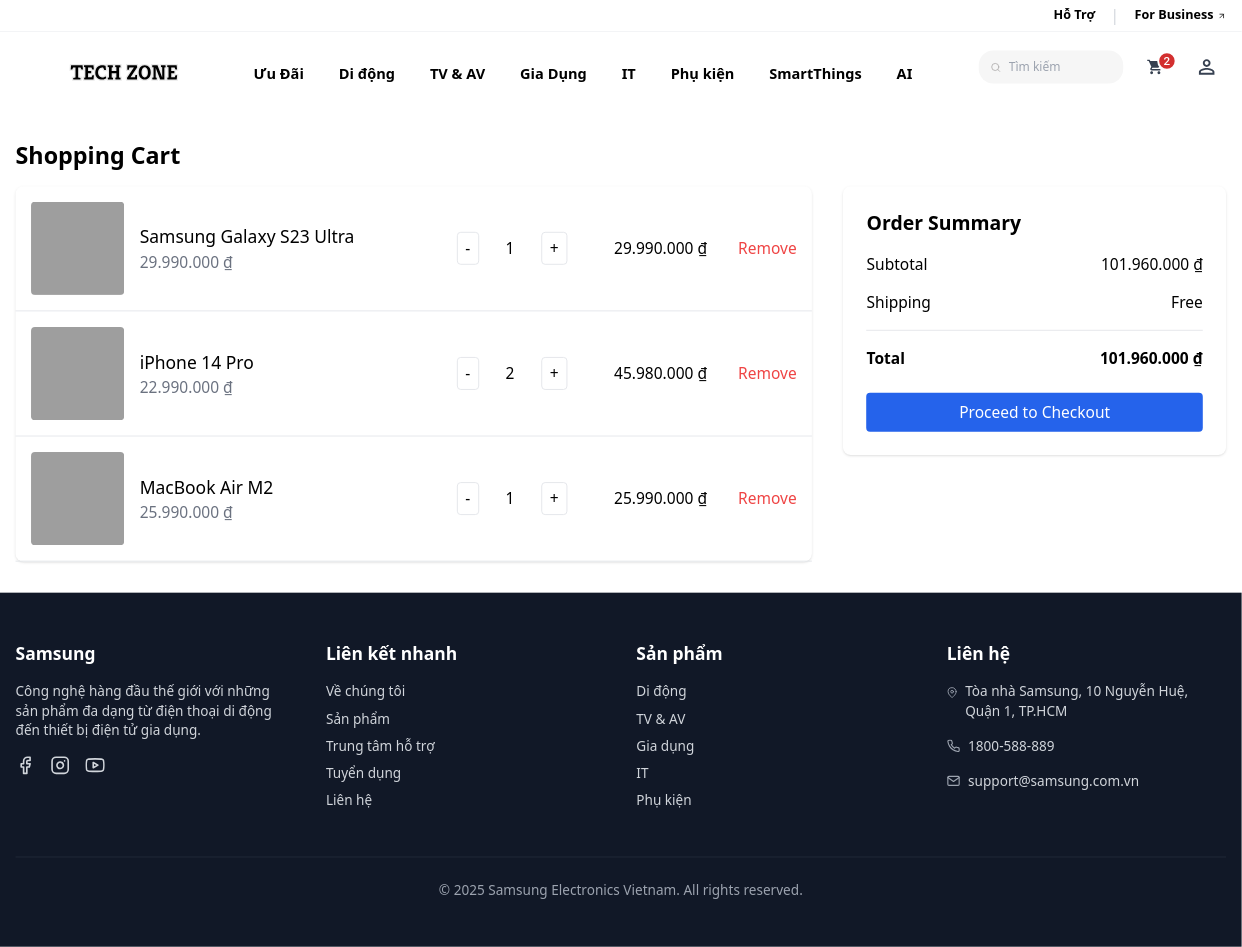
Repository: thtrunghau/ecommerce-ui-dacntt
Page: /cart
These files come from the project's save history. The page is drawn as it stood at one moment and after the next save; the edit follows.
The browser window is 1280 px wide. The pictures show the whole page, at 97% of full size.
Pictures or frames that could not be fetched are drawn as grey boxes. The project was rebuilt for these pictures with package versions that can differ from the ones it lists, and the page was loaded fresh each time. Also part of the build but not shown: vite.config.ts, src/components/shared/NavDropdown.tsx, src/store/authStore.ts, src/components/shared/UserMenu.tsx, src/components/common/RoundedButton.tsx, src/components/features/home/HeroSection.tsx, src/components/common/ProductCard.tsx, src/components/features/home/ProductsSection.tsx and 12 more.

Above is the page before, as saved 2025-06-13 03:43:02.

After the next save:
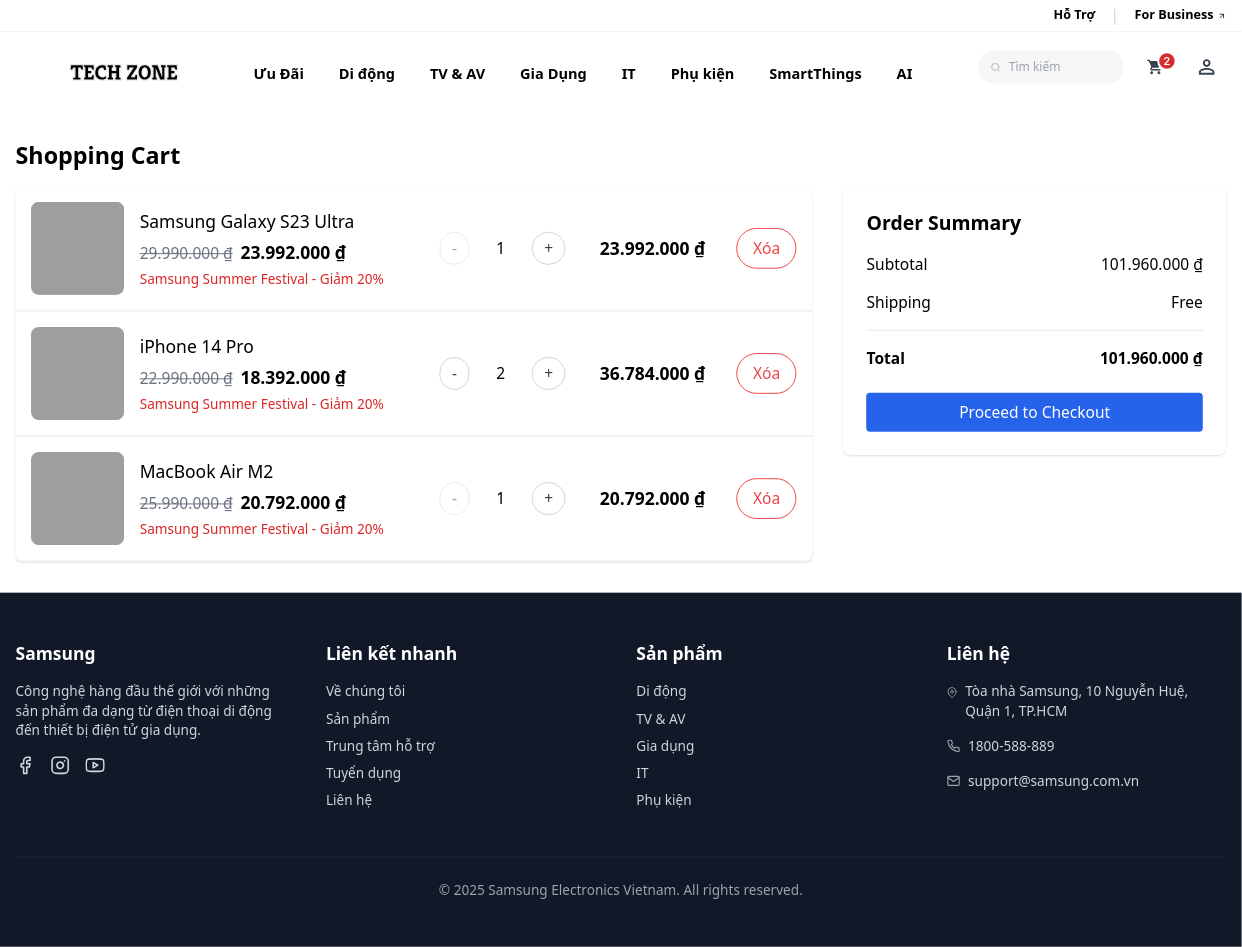
Saved 6 min 18 s later.
--- a/src/components/common/CartItem.tsx
+++ b/src/components/common/CartItem.tsx
@@ -1,6 +1,7 @@
 import type { CartItemResDto } from "../../types";
 import { useCallback } from "react";
 import { formatPrice } from "../../utils/formatPrice";
+import { getProductPriceInfo } from "../../utils/helpers";
 
 interface CartItemProps {
   item: CartItemResDto;
@@ -22,6 +23,11 @@
     [item.id, onQuantityChange],
   );
 
+  // Get promotion info
+  const priceInfo = getProductPriceInfo(item.product.id, item.productPrice);
+  const finalPrice = priceInfo.finalPrice;
+  const hasPromotion = priceInfo.hasActivePromotion;
+
   return (
     <div className="flex items-center gap-4 border-b p-4">
       {/* Product Image */}
@@ -29,21 +35,42 @@
         <img
           src={item.product.image}
           alt={item.product.productName}
-          className="h-full w-full rounded object-cover"
+          className="h-full w-full rounded-lg object-cover"
         />
       </div>
 
       {/* Product Details */}
       <div className="flex-grow">
         <h3 className="text-lg font-medium">{item.product.productName}</h3>
-        <p className="text-gray-500">{formatPrice(item.productPrice)}</p>
+        <div className="mt-1">
+          {hasPromotion ? (
+            <>
+              <span className="text-gray-500 line-through">
+                {formatPrice(item.productPrice)}
+              </span>
+              <span className="ml-2 text-lg font-semibold text-black">
+                {formatPrice(finalPrice)}
+              </span>
+              <div className="mt-1 text-sm text-red-600">
+                {priceInfo.promotionInfo?.promotionName}
+                {priceInfo.promotionInfo?.isPercentage
+                  ? ` - Giảm ${priceInfo.promotionInfo.discountAmount}%`
+                  : ` - Giảm ${formatPrice(priceInfo.promotionInfo.discountAmount)}`}
+              </div>
+            </>
+          ) : (
+            <span className="text-lg font-semibold text-black">
+              {formatPrice(item.productPrice)}
+            </span>
+          )}
+        </div>
       </div>
 
       {/* Quantity Controls */}
       <div className="flex items-center gap-2">
         <button
           onClick={() => handleQuantityChange(item.quantity - 1)}
-          className="rounded border px-2 py-1 hover:bg-gray-100"
+          className="rounded-full border border-gray-300 px-3 py-1 text-gray-700 transition-colors hover:border-gray-400 hover:bg-gray-100 disabled:cursor-not-allowed disabled:opacity-50"
           disabled={item.quantity <= 1}
         >
           -
@@ -51,7 +78,7 @@
         <span className="w-12 text-center">{item.quantity}</span>
         <button
           onClick={() => handleQuantityChange(item.quantity + 1)}
-          className="rounded border px-2 py-1 hover:bg-gray-100"
+          className="rounded-full border border-gray-300 px-3 py-1 text-gray-700 transition-colors hover:border-gray-400 hover:bg-gray-100"
         >
           +
         </button>
@@ -59,17 +86,17 @@
 
       {/* Total Price */}
       <div className="w-32 text-right">
-        <p className="font-medium">
-          {formatPrice(item.productPrice * item.quantity)}
+        <p className="text-lg font-semibold">
+          {formatPrice(finalPrice * item.quantity)}
         </p>
       </div>
 
       {/* Remove Button */}
       <button
         onClick={() => onRemove(item.id)}
-        className="ml-4 text-red-500 hover:text-red-700"
+        className="ml-4 rounded-full border border-red-500 px-4 py-2 text-red-500 transition-colors hover:bg-red-50"
       >
-        Remove
+        Xóa
       </button>
     </div>
   );
